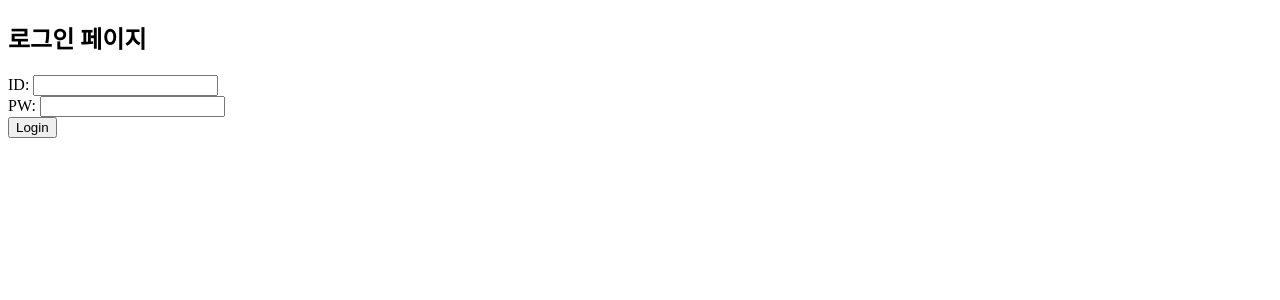
Repository: Jadedvst/Java_JSP-Servlet
Page: http://localhost/MustHaveJSP/06Session/LoginForm.jsp
These files come from the project's save history. The page is drawn as it stood at one moment and after the next save; the edit follows.
The browser window is 1280 px wide. The pictures show the whole page.
The page is served by Tomcat 10. Other server files are loaded and not shown.

Above is the page before, as saved 2023-12-15 08:33:04.

### MustHaveJSP/src/main/webapp/06Session/LoginForm.jsp
<%@ page language="java" contentType="text/html; charset=UTF-8"
    pageEncoding="UTF-8"%>
<!DOCTYPE html>
<html>
<head>
<meta charset="UTF-8">
<title>Session</title>
</head>
<body>
	<h2>로그인 페이지</h2>
	<span style="color: red; font-size:1.2em;">
		<%= request.getAttribute("LoginErrMsg")==null?
				"" : request.getAttribute("LoginErrMsg")%>
	</span>
	<%
	//Login check
	if (session.getAttribute("UserId")==null){ //session:내장객체
/* 	if (session.getAttribute("member")==null){ */

	%>	<!-- LOGOUT MODE -->
		<script>
		function validateForm(form){
			if(!form.user_id.value){
				alert("id please");
				return false;
			}
			if(form.user_pw.value==""){
				alert("password please");
				return false;
			}
		}
		</script>
		<form action="LoginProcess.jsp"method="post" name ="loginFrm"
				onsubmit="return validateForm(this);"> <!-- to check error for submit -->
			ID: <input type="text" name="user_id"/><br/>
			PW: <input type="password" name="user_pw"/><br/>
			<input type="submit" value="Login"/>
		</form>
	<%
	} else{
	%>	<!-- LOGIN MODE -->
<%-- 	<%MemberDTO m = (MemmberDTO)session.getAttribute("member"); %>
	<%=m.getName() %> --%>
		<%=session.getAttribute("UserName")%> Login Success.<br/>
		<a href="Logout.jsp">[Logout]</a>
	<%
	}
	%>
</body>
</html>

### MustHaveJSP/src/main/webapp/Common/Link.jsp
<%@ page language="java" contentType="text/html; charset=UTF-8"
    pageEncoding="UTF-8"%>
	<table border="1" width="90%">
		<tr>
			<td align="center">
<%-- 		<% if (session.getAttribute("member")==null){ %> --%>
			<% if (session.getAttribute("UserId")==null){ %>
				<a href="../06Session/LoginForm.jsp">[Login]</a>
			<% } else { %>
				<a href="../06Session/Logout.jsp">[Logout]</a>
			<% }%>
			<!-- 공백 확보용 특수 문자 -->
				&nbsp;&nbsp;&nbsp;
				<a href="../08Board/List.jsp">게시판(페이징X)</a>
				&nbsp;&nbsp;&nbsp;
				<a href="../09PagingBoard/List.jsp">게시판(페이징O)</a>
			</td>
		</tr>
	</table>

After the next save:
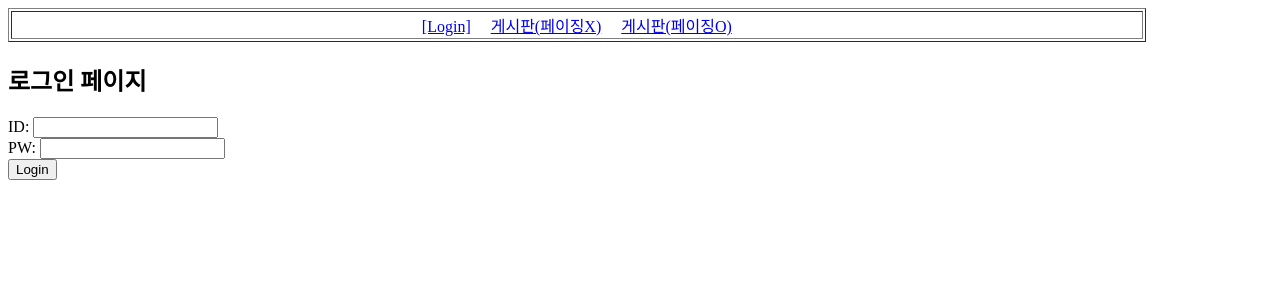
Saved 14 min 29 s later.
--- a/MustHaveJSP/src/main/webapp/06Session/LoginForm.jsp
+++ b/MustHaveJSP/src/main/webapp/06Session/LoginForm.jsp
@@ -7,6 +7,7 @@
 <title>Session</title>
 </head>
 <body>
+	<jsp:include page="../Common/Link.jsp"/>
 	<h2>로그인 페이지</h2>
 	<span style="color: red; font-size:1.2em;">
 		<%= request.getAttribute("LoginErrMsg")==null?
